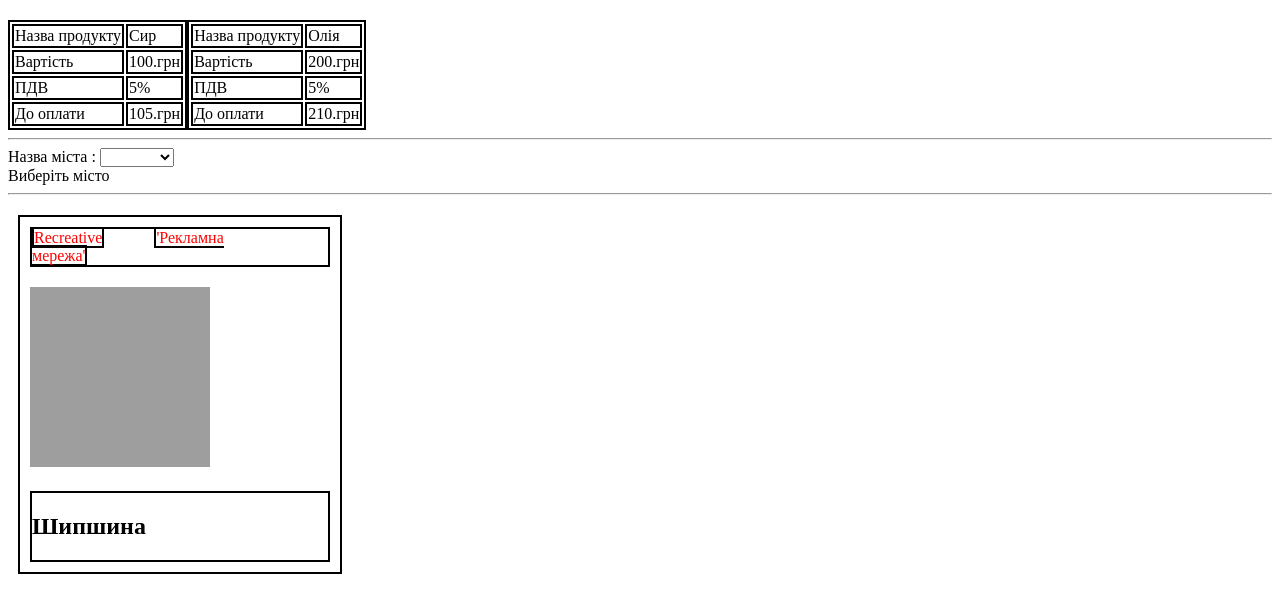
Repository: AnatoliyZaporozhets/HomeTask
Page: / (app in HomeWork_1/)
An editor plug-in stored every save of this project. The page is shown before and after the next save, followed by the edit.
The browser window is 1280 px wide. The pictures show the whole page.
Pictures or frames that could not be fetched are drawn as grey boxes. The project was rebuilt for these pictures with package versions that can differ from the ones it lists, and the page was loaded fresh each time.

Above is the page before, as saved 2022-04-12 21:04:29.

After the next save:
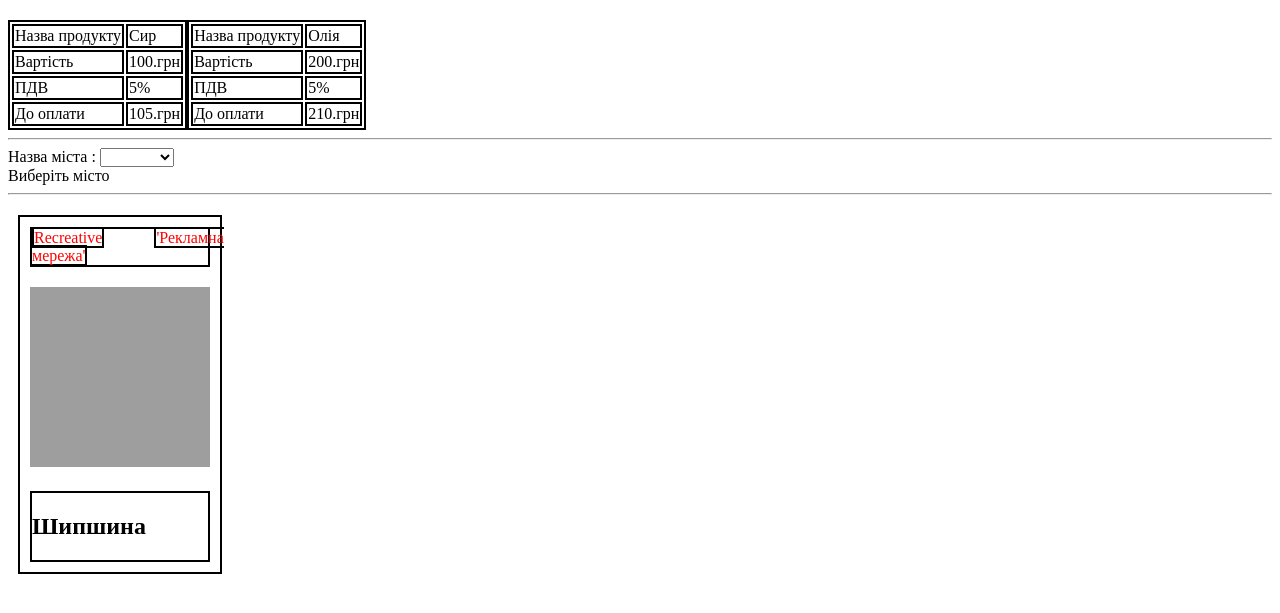
Saved 20 s later.
--- a/HomeWork_1/src/components/BannerList/Banner/index.vue
+++ b/HomeWork_1/src/components/BannerList/Banner/index.vue
@@ -48,6 +48,6 @@ div{
 
 }
 #app{
-width: 320px;
+width: 200px;
 }
 </style>
